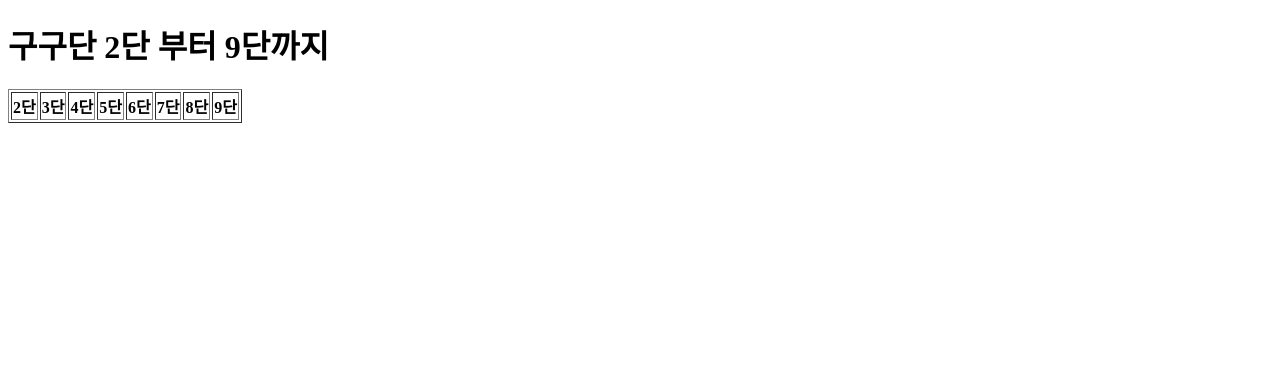
Repository: hyeongu135-ui/Jsp2026
Page: http://localhost/chapter01/test02.jsp
An editor plug-in stored every save of this project. The page is shown before and after the next save, followed by the edit.
The browser window is 1280 px wide. The pictures show the whole page.
The page is served by Tomcat 9.

Above is the page before, as saved 2026-10-16 04:31:06.

After the next save:
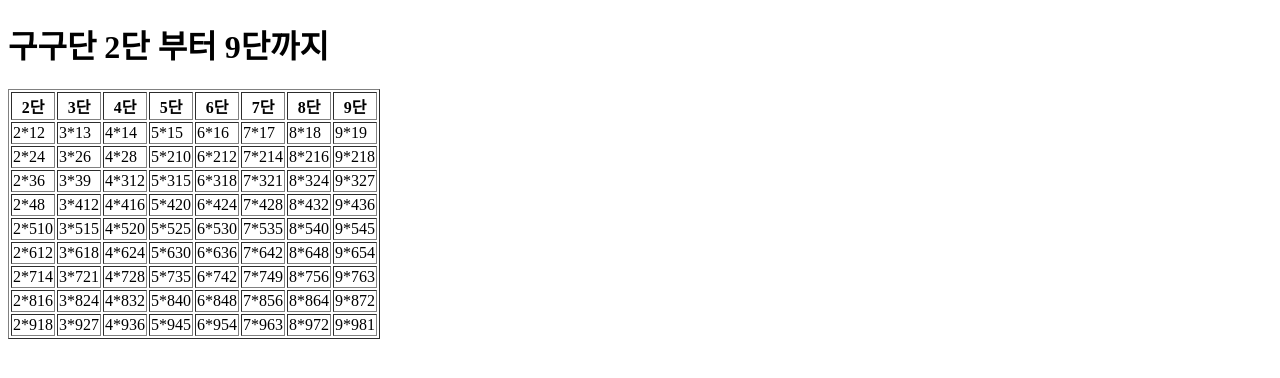
Saved 41 s later.
--- a/chapter01/src/main/webapp/test02.jsp
+++ b/chapter01/src/main/webapp/test02.jsp
@@ -18,7 +18,7 @@
 
 
 
-		<% for(int i =1 ; i<=0; i++){%>
+		<% for(int i=1 ; i<=9; i++){%>
 		<tr>
 		<% for(int j=2; j<=9; j++){
 			%>
